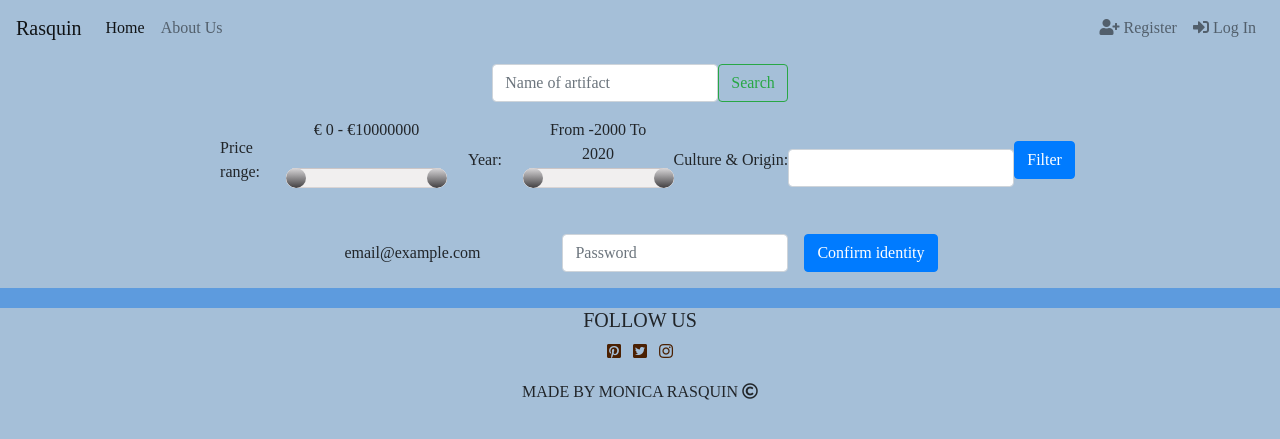
Repository: Rasquin/auction
Page: templates/base.html
The author's editor kept a record of every edit. The page is drawn from the files as they stood at one moment, then again after the next edit.
The browser window is 1280 px wide. The pictures show the whole page.
The template is drawn by Django 2.2. The application's start-up code is not run. The template is opened directly, without the code that normally fills it, so the values that code supplies are empty.

Above is the page before.

After the next edit:
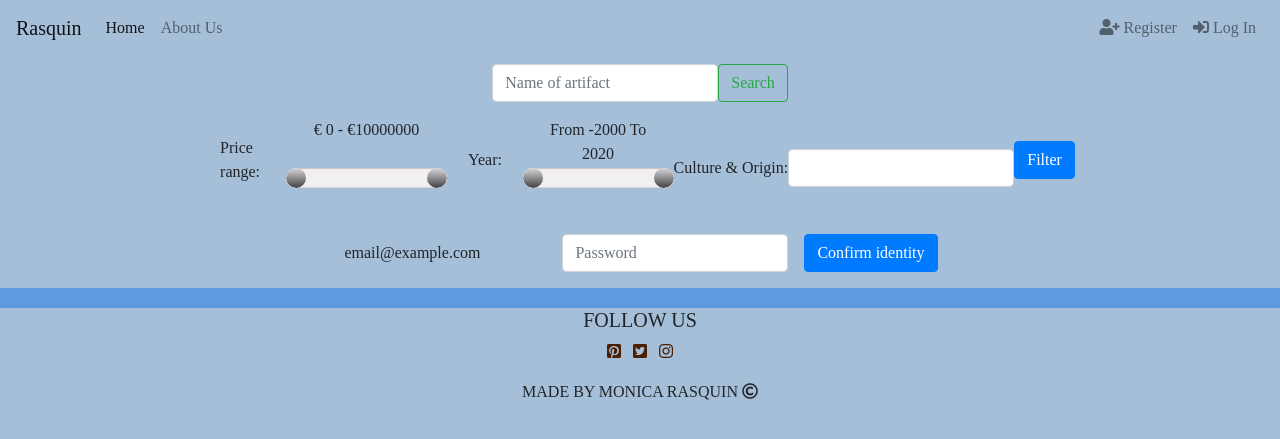
The edit:
--- a/templates/base.html
+++ b/templates/base.html
@@ -120,7 +120,7 @@
             <!-- Origin Filter -->
             <div class="form-group" >
 
-                    <p><label for="origin">Culture & Origin:</label></p>
+                    <label for="origin">Culture & Origin:</label>
 
 
                     <input type="text" class="form-control" id="artifact_origin" name="artifact_origin">
